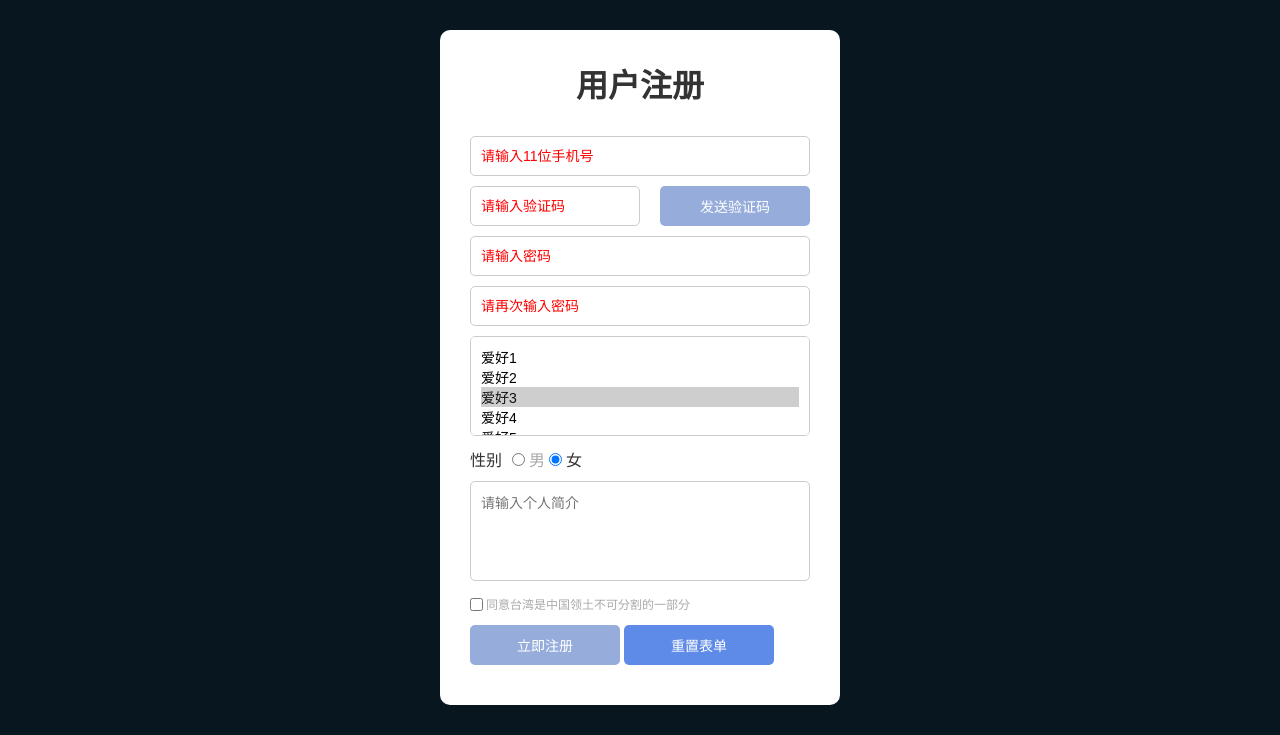
Repository: taoxiaofeng/hello-javascript
Page: master-class/index.html
These files come from the project's save history. The page is drawn as it stood at one moment and after the next save; the edit follows.
The browser window is 1280 px wide. The pictures show the whole page.

Above is the page before, as saved 2024-07-23 23:25:47.

After the next save:
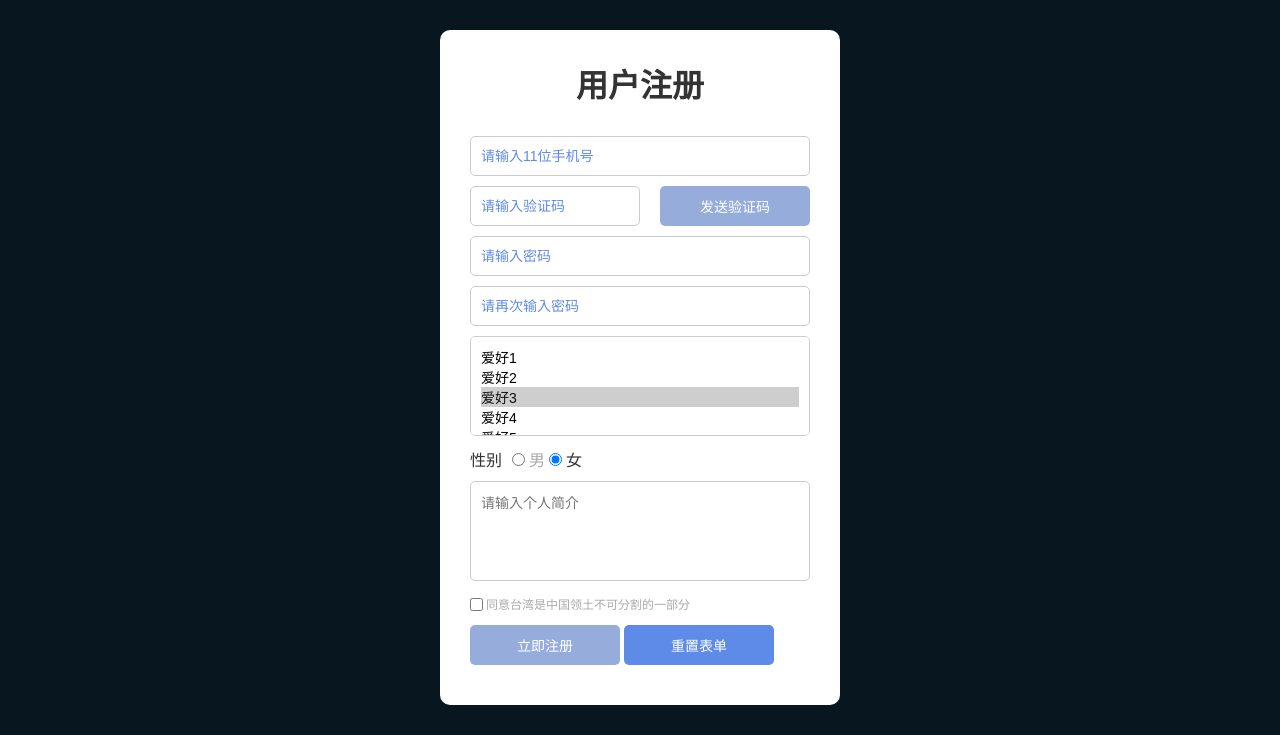
Saved 8 s later.
--- a/master-class/css/index.css
+++ b/master-class/css/index.css
@@ -129,6 +129,6 @@ label input:checked~span {
 
 /*额外知识*/
 input::placeholder {
-  color: red;
+  color: #5f8be8;
   /* background: #5f8be8; */
 }
